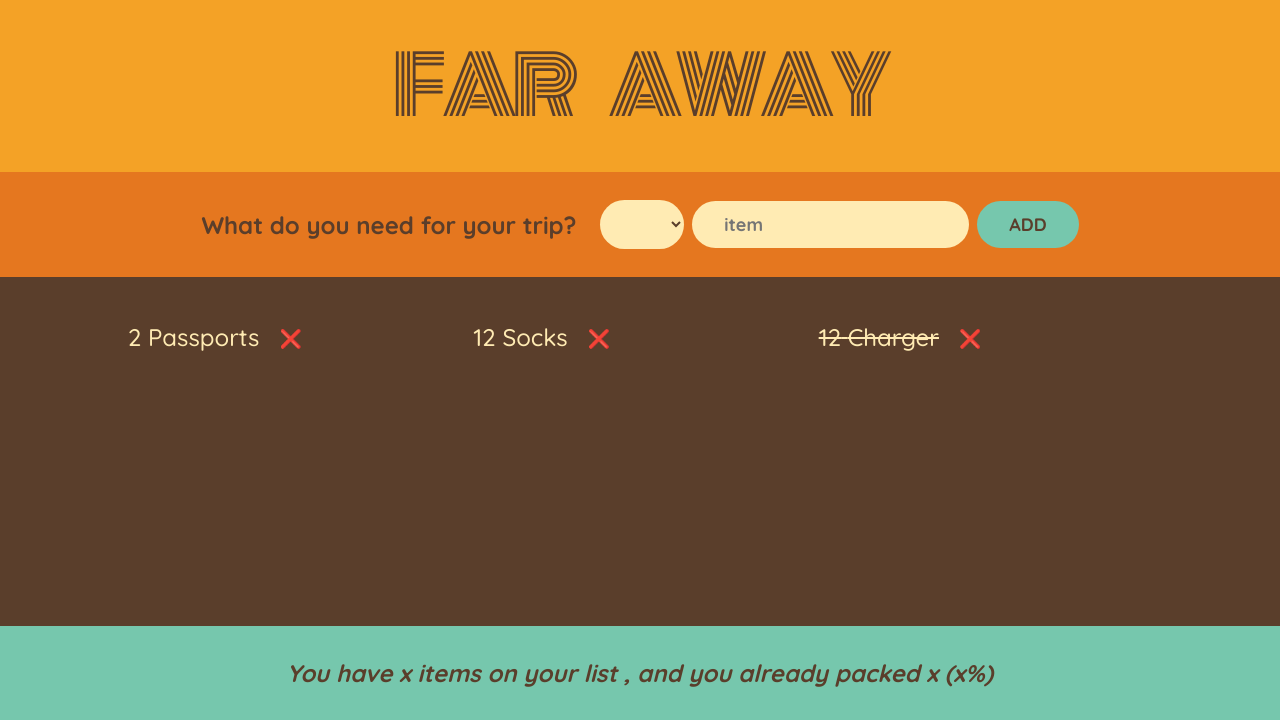
Repository: ahmedharidy/react-checklist
Page: /
The author's editor kept a copy of each file at every save. The page is drawn from the files as they stood at one save, then again after the next save.
The browser window is 1280 px wide. The pictures show the whole page.
The project was rebuilt for these pictures with package versions that can differ from the ones it lists, and the page was loaded fresh each time.

Above is the page before, as saved 2026-09-28 13:27:04.

After the next save:
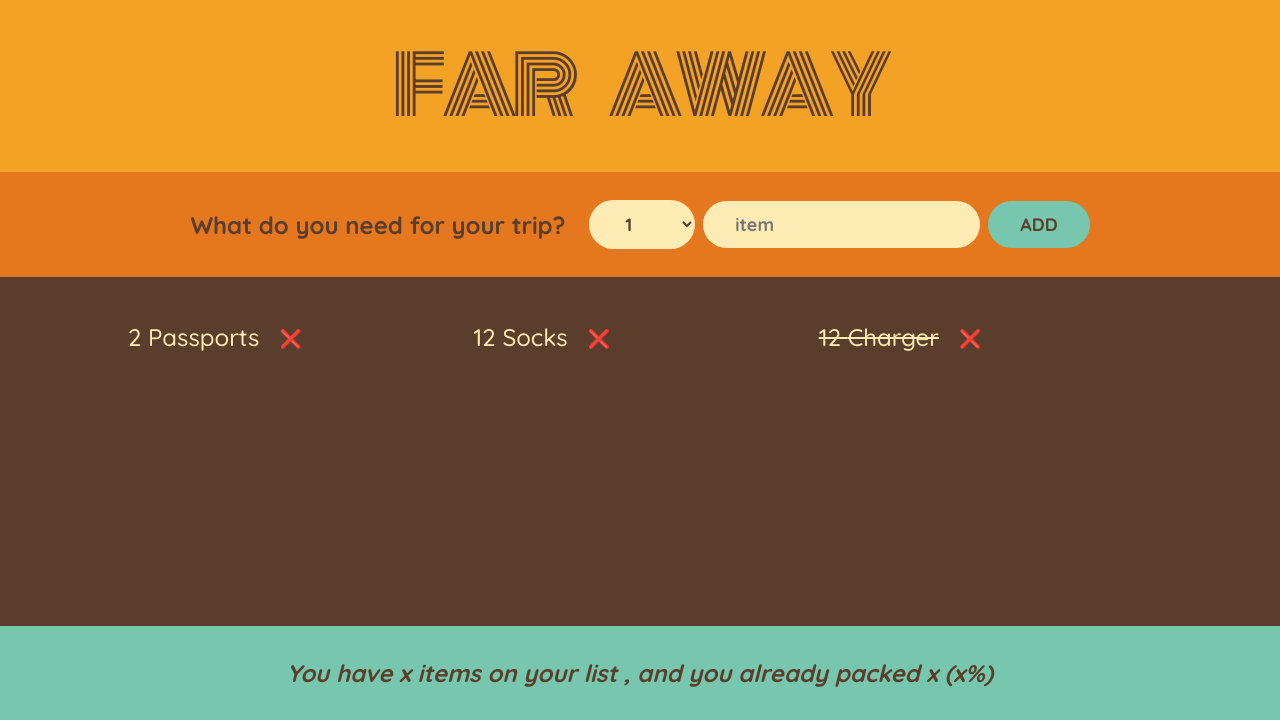
Saved 37 s later.
--- a/src/App.js
+++ b/src/App.js
@@ -25,7 +25,9 @@
       <h3>What do you need for your trip? </h3>
       <select>
         {Array.from({ length: 20 }, (_, i) => i + 1).map((num) => (
-          <option value={num} key={num}></option>
+          <option value={num} key={num}>
+            {num}
+          </option>
         ))}
       </select>
       <input type="text" placeholder="item" />
